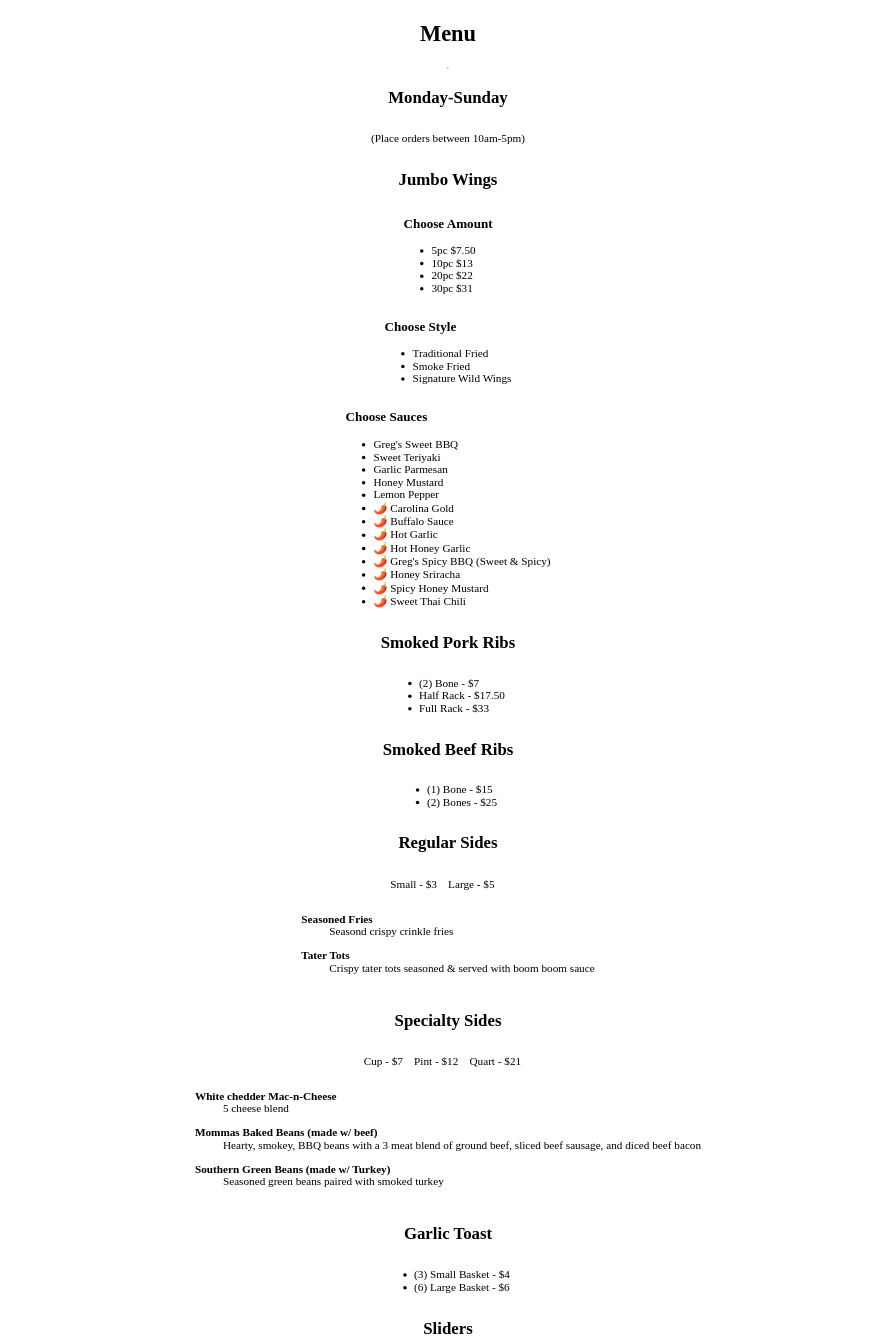
Repository: dukedward/smokehousemenu
Page: index.html
An editor plug-in stored every save of this project. The page is shown before and after the next save, followed by the edit.
The browser window is 1280 px wide. The pictures show the part of the page from y = 0 to 1920 px (the page is 3475 px tall before and 3523 px after), at 70% of full size.

Above is the page before, as saved 2023-02-28 08:46:10.

After the next save:
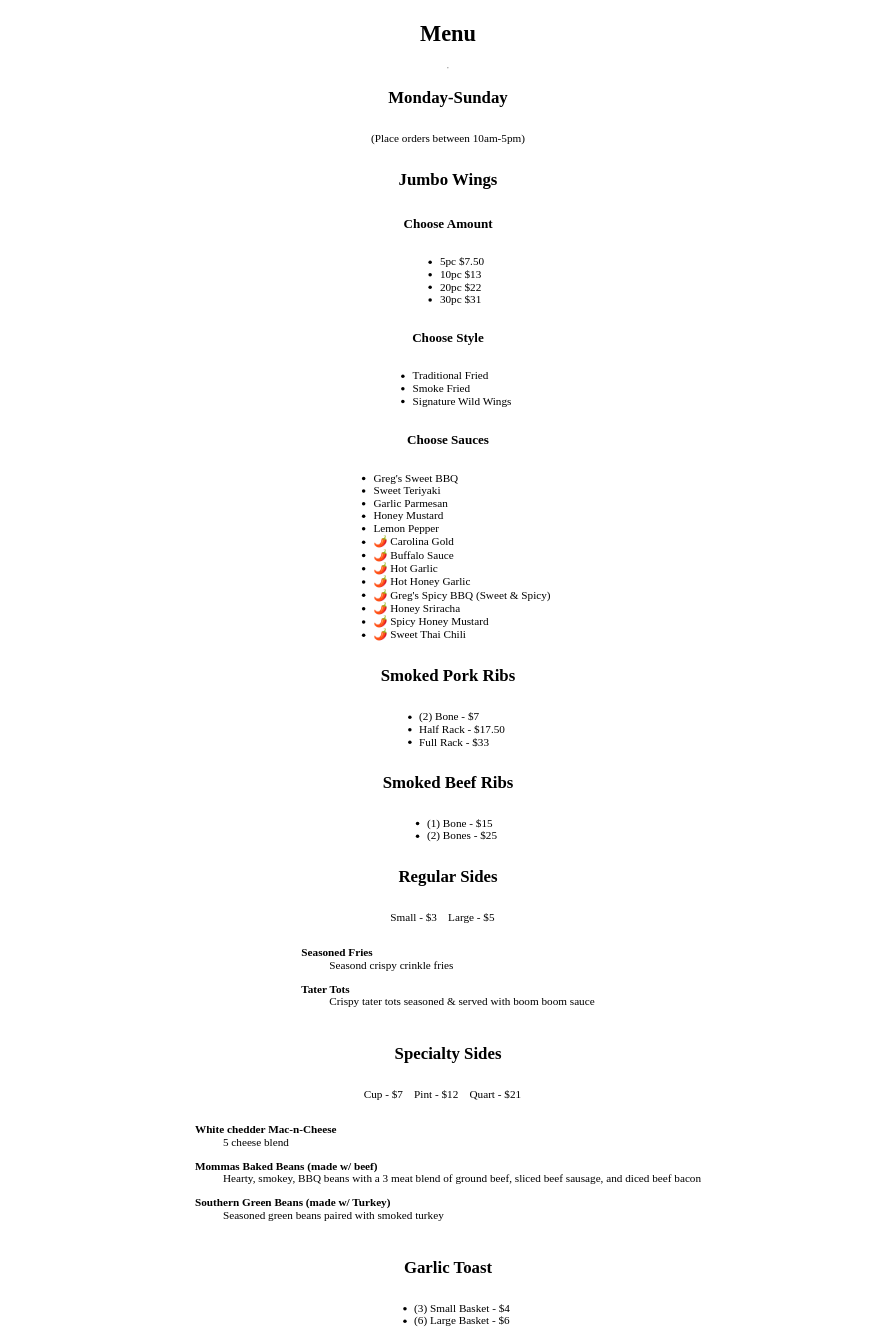
Saved 41 s later.
--- a/style.css
+++ b/style.css
@@ -17,7 +17,7 @@
 	/* align-items: center; */
 }
 
-.sect {
+.sect, .sub-sect {
 	display: flex;
 	flex-direction: column;
 	justify-content: center;
